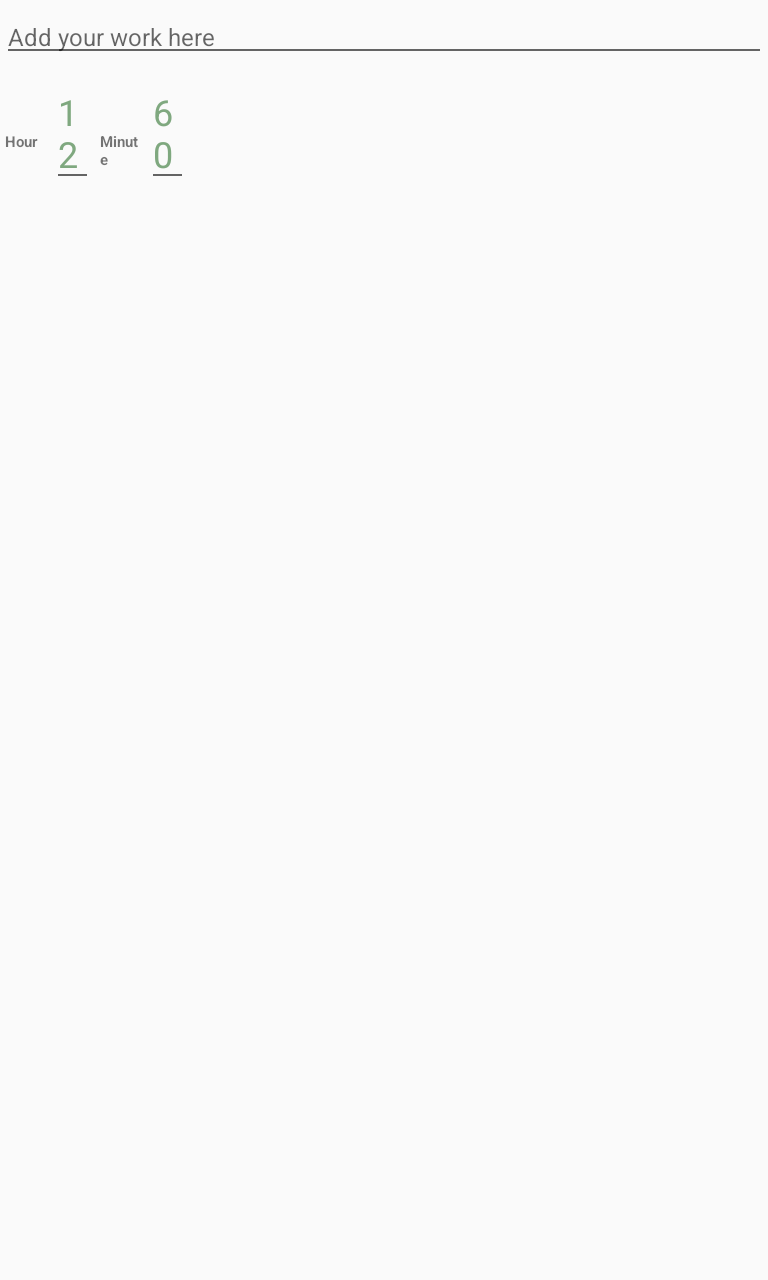
Repository: teamEIT/Android
Layout: workspace/Layout/res/layout/activity_main.xml
The author's editor kept a copy of each file at every save. The layout is drawn from the files as they stood at one save, then again after the next save.
It is drawn on a 768 x 1280 px phone screen (xhdpi) without system bars, with theme AppTheme; the app's code is not run.

Above is the layout before, as saved 2014-08-18 02:54:03.

After the next save:
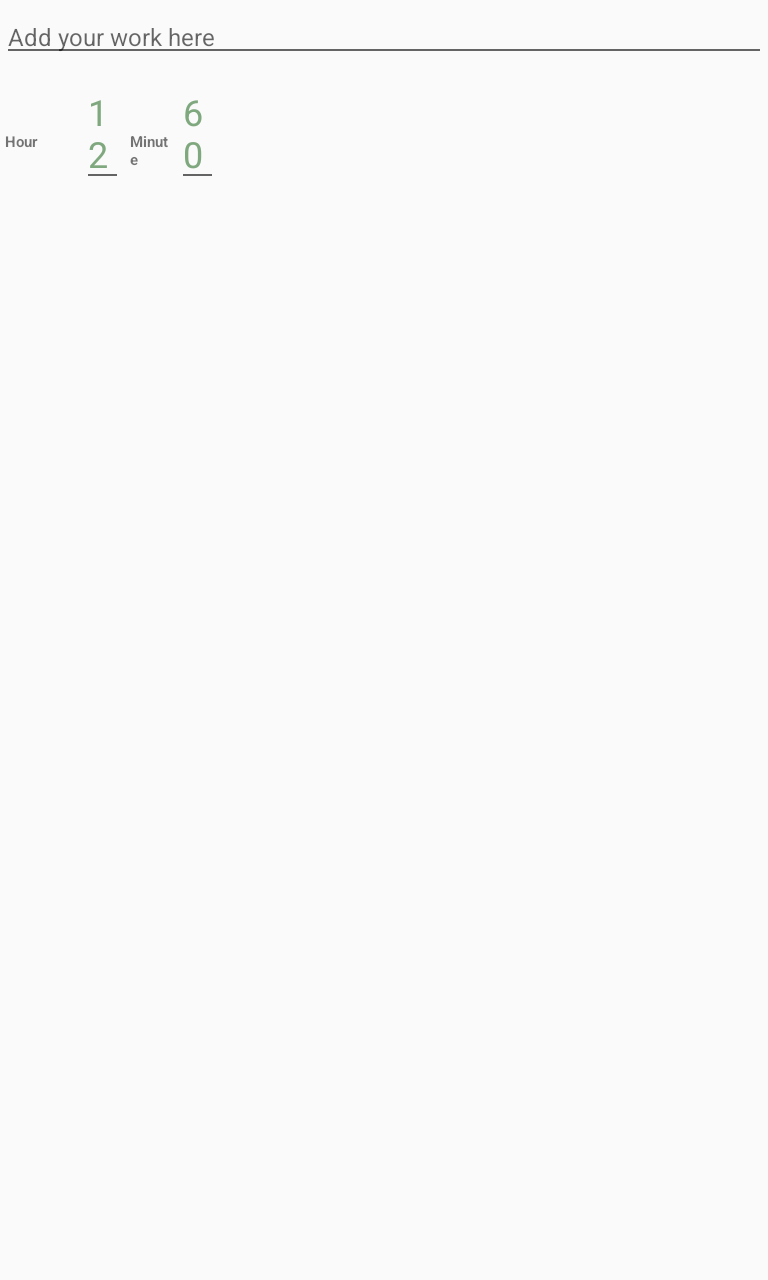
Saved 14 s later.
--- a/workspace/Layout/res/layout/activity_main.xml
+++ b/workspace/Layout/res/layout/activity_main.xml
@@ -20,7 +20,7 @@
 	    android:orientation="horizontal"
 	>
 	    <TextView
-	        android:layout_width="50px"
+	        android:layout_width="80px"
 	        android:layout_height="wrap_content"
 	        android:text="@string/hour_edit"
 	        android:typeface="normal"
